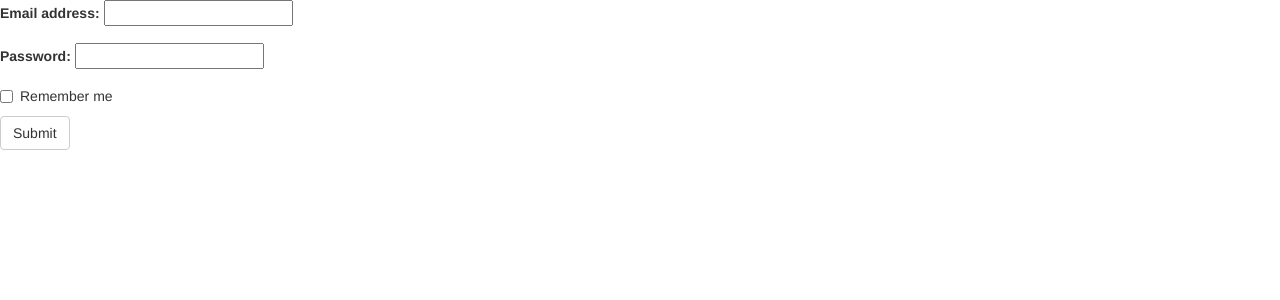
Repository: vaibhavkri/Trendnxt-Projects
Page: bootstrap/Bootstrap– L3 Assignment/Topic 6 HTML Forms/Assignment1.html
An editor plug-in stored every save of this project. The page is shown before and after the next save, followed by the edit.
The browser window is 1280 px wide. The pictures show the whole page.

Above is the page before, as saved 2018-10-23 14:27:20.

After the next save:
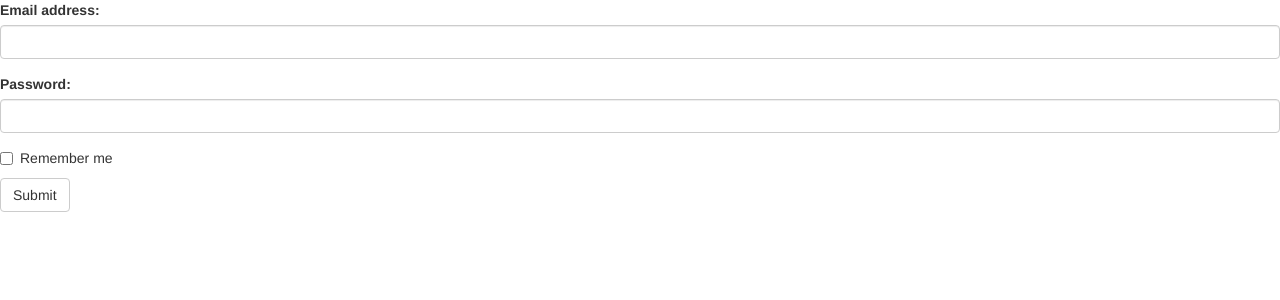
Saved 15 s later.
--- a/bootstrap/Bootstrap– L3 Assignment/Topic 6 HTML Forms/Assignment1.html
+++ b/bootstrap/Bootstrap– L3 Assignment/Topic 6 HTML Forms/Assignment1.html
@@ -19,11 +19,11 @@
 
         <div class="form-group">
             <label for="email">Email address:</label>
-            <input type="email" class="form-control-xl" id="email">
+            <input type="email" class="form-control" id="email">
         </div>
         <div class="form-group">
             <label for="pwd">Password:</label>
-            <input type="password" class="form-control-xl" id="pwd">
+            <input type="password" class="form-control" id="pwd">
         </div>
         <div class="checkbox">
             <label><input type="checkbox"> Remember me</label>
